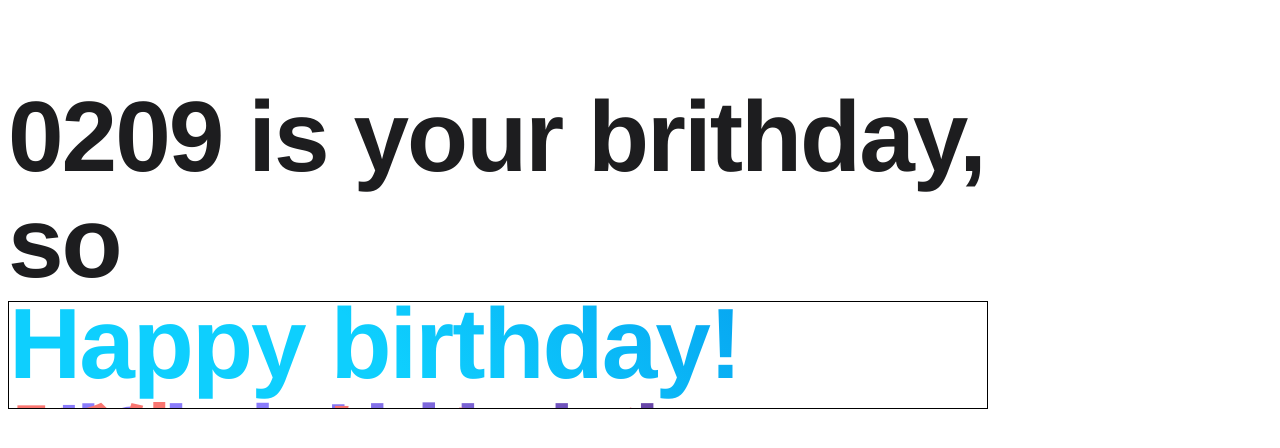
Repository: Caococos/02-09
Page: /
An editor plug-in stored every save of this project. The page is shown before and after the next save, followed by the edit.
The browser window is 1280 px wide. The pictures show the whole page.
The project was rebuilt for these pictures with package versions that can differ from the ones it lists, and the page was loaded fresh each time. Also part of the build but not shown: vue.config.js.

Above is the page before, as saved 2021-06-11 22:11:25.

### src/main.js
/*
 * @Descripttion:
 * @version: 1.0
 * @Author: Zhihaot1
 * @Date: 2021-06-11 21:03:51
 * @LastEditors: Zhihaot1
 * @LastEditTime: 2021-06-11 22:08:57
 */
import Vue from 'vue'
import App from './App.vue'
import router from './router'

Vue.config.productionTip = false
import "assets/css/index.css";
new Vue({
  router,
  render: h => h(App)
}).$mount('#app')

### src/App.vue
<!--
 * @Descripttion:
 * @version: 1.0
 * @Author: Zhihaot1
 * @Date: 2021-06-11 21:03:51
 * @LastEditors: Zhihaot1
 * @LastEditTime: 2021-06-11 21:30:25
-->
<template>
  <div id="app">
    <router-view />
  </div>
</template>

<style>
</style>

### src/router/index.js
/*
 * @Descripttion:
 * @version: 1.0
 * @Author: Zhihaot1
 * @Date: 2021-06-11 21:03:51
 * @LastEditors: Zhihaot1
 * @LastEditTime: 2021-06-11 21:34:08
 */
import Vue from 'vue'
import VueRouter from 'vue-router'
import Home from 'views/home/Home.vue'

Vue.use(VueRouter)

const routes = [
  {
    path: '',
    redirect: '/home'
  },
  {
    path: '/home',
    name: 'Home',
    component: Home
  },
  // {
  //   path: '/about',
  //   name: 'About',
  //   // route level code-splitting
  //   // this generates a separate chunk (about.[hash].js) for this route
  //   // which is lazy-loaded when the route is visited.
  //   component: () => import(/* webpackChunkName: "about" */ '../views/About.vue')
  // }
]

const router = new VueRouter({
  mode: 'history',
  base: process.env.BASE_URL,
  routes
})

export default router

### src/assets/css/index.css
:root {
  --offset: 6px;
}

### src/views/home/Home.vue
<template>
  <div class="home">
    <h2>0209 is your brithday, so
      <div class="mask">
        <span data-show>Happy birthday!</span>
        <span>С днем рождения!</span>
        <span>생일 축하합니다!</span>
        <span>誕生日おめでと!</span>
      </div>
    </h2>
  </div>
</template>

<script>

export default {
  name: 'Home'
}
</script>
<style scoped>
h2 {
  width: 980px;
  font-size: 100px;
  font-family: Helvetica;
  line-height: 1.06;
  letter-spacing: -0.02em;
  color: #1d1d1f;
}

.mask {
  margin-top: var(--offset);
  height: 106px;
  position: relative;
  overflow: hidden;
  border: 1px solid #000;
}

.mask span {
  display: block;
  padding-bottom: var(--offset);
  box-sizing: border-box;
  position: absolute;
  top: 100px;

  background-size: 100% 100%;
  -webkit-background-clip: text;
  background-clip: text;
  -webkit-text-fill-color: transparent;
  background-repeat: no-repeat;
}

.mask span[data-show] {
  transform: translateY(-100%);
}

.mask span[data-up] {
  transform: translateY(-200%);
}

.mask span:nth-child(1) {
  background-image: linear-gradient(45deg, #0ecffe 50%, #07a6f1);
}

.mask span:nth-child(2) {
  background-image: linear-gradient(45deg, #18e198 50%, #0ec15d);
}

.mask span:nth-child(3) {
  background-image: linear-gradient(45deg, #8a7cfb 50%, #633e9c);
}

.mask span:nth-child(4) {
  background-image: linear-gradient(45deg, #fa7671 50%, #f45f7f);
}
</style>

Loaded but not shown: public/index.html (common file)

After the next save:
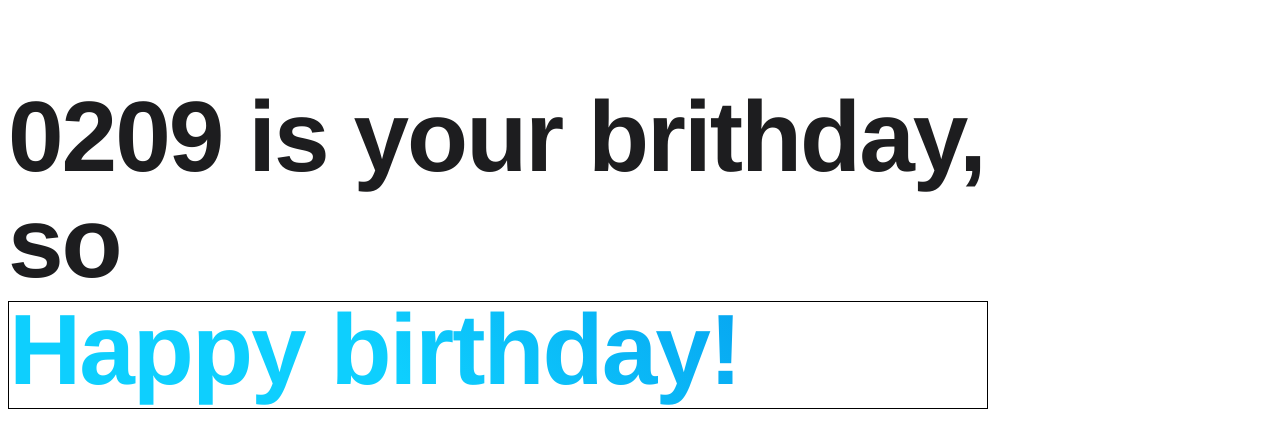
Saved 25 s later.
--- a/src/views/home/Home.vue
+++ b/src/views/home/Home.vue
@@ -37,6 +37,7 @@ h2 {
 
 .mask span {
   display: block;
+  margin-top: var(--offset);
   padding-bottom: var(--offset);
   box-sizing: border-box;
   position: absolute;
